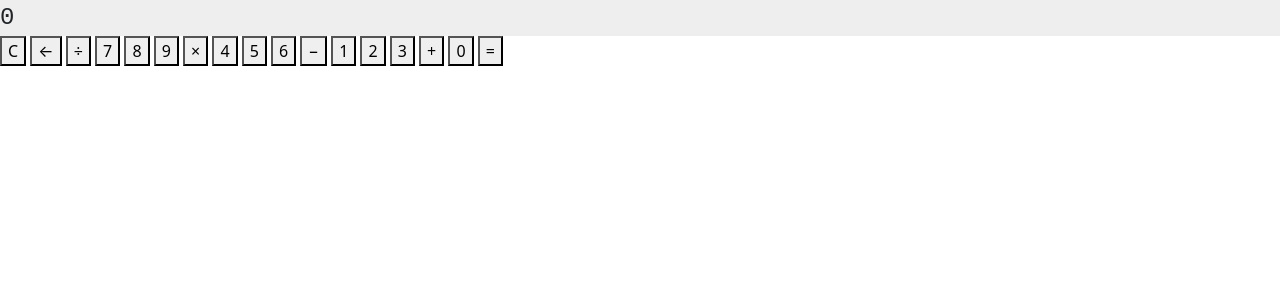
Repository: jgramirez0210/LAB-calculator
Page: index.html
These files come from the project's save history. The page is drawn as it stood at one moment and after the next save; the edit follows.
The browser window is 1280 px wide. The pictures show the whole page.

Above is the page before, as saved 2023-10-10 20:34:56.

After the next save:
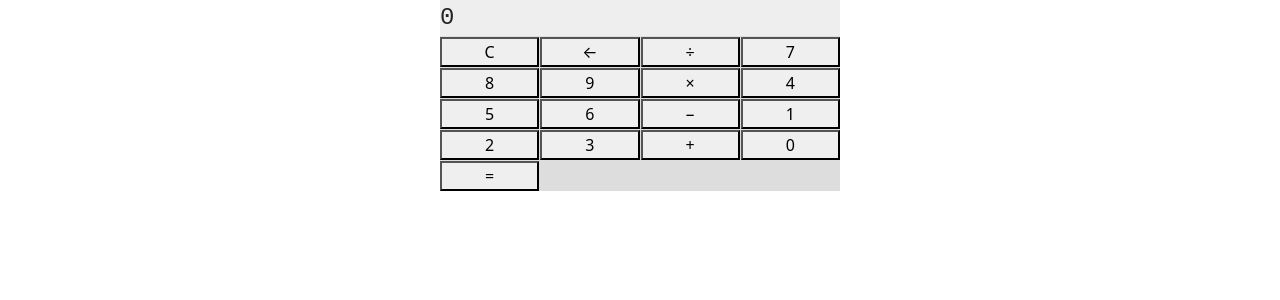
Saved 2 min 15 s later.
--- a/index.html
+++ b/index.html
@@ -8,7 +8,7 @@
   <link rel="stylesheet" href="main.css">
 </head>
 <body>
-  <div class="calculator-wrapper"></div>
+  <div class="calculator-wrapper">
     <div id="display">0</div>
     <button id="clear-btn">C</button>
     <button id="back-btn">←</button>
